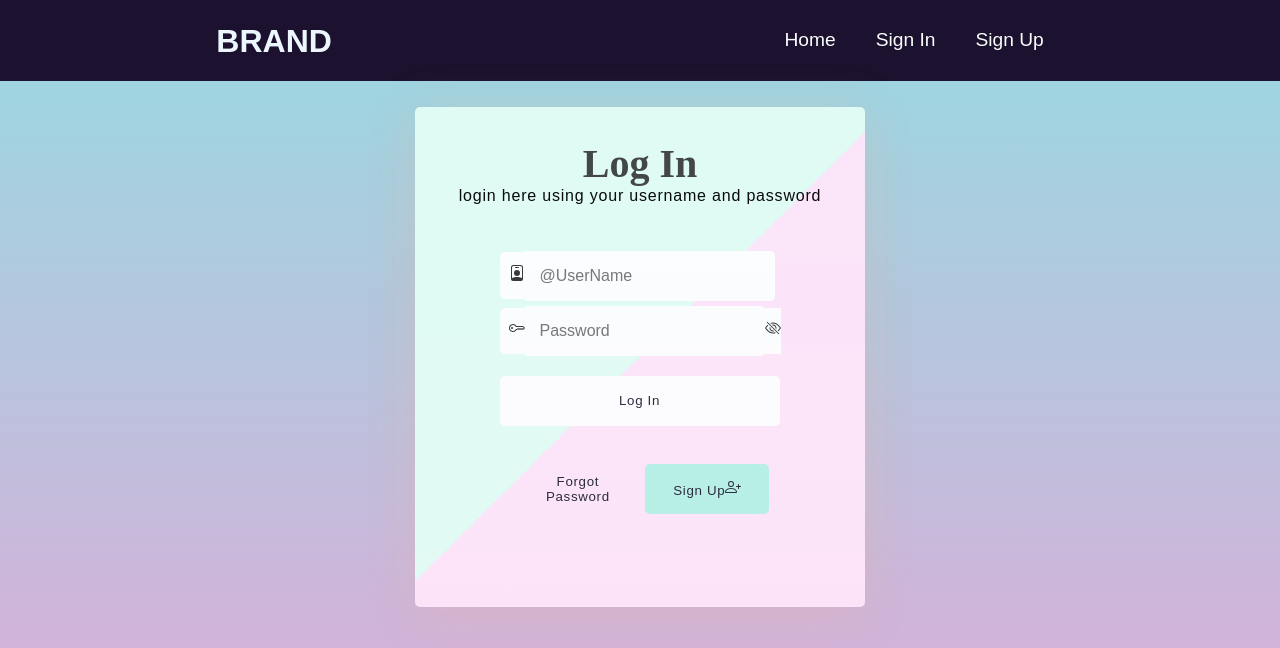
Repository: code-mtaani/ojwang-frontend
Page: /signup
The author's editor kept a copy of each file at every save. The page is drawn from the files as they stood at one save, then again after a run of saves.
The browser window is 1280 px wide. The pictures show the whole page.
The project was rebuilt for these pictures with package versions that can differ from the ones it lists, and the page was loaded fresh each time. Also part of the build but not shown: vite.config.ts, src/Pages/HomePage/Home.pages.tsx, src/Pages/SignIn/SignIn.pages.tsx.

Above is the page before, as saved 2023-02-01 10:49:51.

### src/App.tsx
import { BrowserRouter as Router, Routes, Route } from "react-router-dom";

import Navigation from "./Components/Nav";
import Home from './Pages/HomePage'
import SignIn from "./Pages/SignIn";
import SignUp from "./Pages/SignUp"

function App() {
  return (
    <Router>
      <div className="App">
        <Navigation />
        <Routes>
          <Route path="/" element={<Home />} />
          <Route path="/signin" element={<SignIn/>} />
          <Route path="/signup" element={<SignUp/>} />
        </Routes>
      </div>
    </Router>
  );
}

export default App;

### src/index.css
body {
  margin: 0;
  width: 100vw;
  padding: 0;
  min-width: 320px;
  min-height: 100vh;
  box-sizing: border-box;
}
.app{
  width: 100%;
  height: 100%;
}
@media screen and (min-width: 440px) {
  .app{
    border:2px solid green;
  }
}

### src/Components/Nav/index.js
export {default} from './Navigation.component'

### src/Pages/HomePage/index.ts
export { default } from "./Home.pages";

### src/Pages/SignIn/index.ts
export { default } from './SignIn.pages'

### src/Pages/SignUp/index.ts
export {default} from './SignUp.pages'

### src/Components/Nav/Navigation.component.tsx
import React from "react";
import {Link} from "react-router-dom"
import './nav.css'

const Navigation = () => {
  return (
    <nav className="navbar">
      <div className="left">
        <h1><Link to="/"> BRAND </Link></h1>
      </div>

      <div className="right">
        <input type="checkbox" id="check" />
        <label htmlFor="check" className="checkBtn">
          <svg
            xmlns="http://www.w3.org/2000/svg"
            width="30"
            height="30"
            fill="currentColor"
            className="bi bi-justify"
            viewBox="0 0 16 16"
          >
            <path
              fillRule="evenodd"
              d="M2 12.5a.5.5 0 0 1 .5-.5h11a.5.5 0 0 1 0 1h-11a.5.5 0 0 1-.5-.5zm0-3a.5.5 0 0 1 .5-.5h11a.5.5 0 0 1 0 1h-11a.5.5 0 0 1-.5-.5zm0-3a.5.5 0 0 1 .5-.5h11a.5.5 0 0 1 0 1h-11a.5.5 0 0 1-.5-.5zm0-3a.5.5 0 0 1 .5-.5h11a.5.5 0 0 1 0 1h-11a.5.5 0 0 1-.5-.5z"
            />
          </svg>
        </label>

        <ul className="list">
          <li> <Link to="/">Home</Link></li>
          <li> <Link to="/signin">Sign In</Link></li>
          <li> <Link to="signup">Sign Up</Link></li>
        </ul>
      </div>
    </nav>
  );
};

export default Navigation;

### src/Pages/SignUp/SignUp.pages.tsx
import React from "react";
import './Signup.css'

const SignUp = () => {
  return (
    <div className="overlay">
      <form>
        {/* con = Container  for items in the form */}
        <div className="con">
          {/* <!--     Start  header Content  --> */}
          <header className="head-form">
            <h2>Log In</h2>
            {/* <!--     A welcome message or an explanation of the login form --> */}
            <p>login here using your username and password</p>
          </header>
          {/* End  header Content */}
          <br />
          <div className="field-set">
            {/*user name */}
            <span className="input-item">
              <svg
                xmlns="http://www.w3.org/2000/svg"
                width="16"
                height="16"
                fill="currentColor"
                className="bi bi-person-badge"
                viewBox="0 0 16 16"
              >
                <path d="M6.5 2a.5.5 0 0 0 0 1h3a.5.5 0 0 0 0-1h-3zM11 8a3 3 0 1 1-6 0 3 3 0 0 1 6 0z" />
                <path d="M4.5 0A2.5 2.5 0 0 0 2 2.5V14a2 2 0 0 0 2 2h8a2 2 0 0 0 2-2V2.5A2.5 2.5 0 0 0 11.5 0h-7zM3 2.5A1.5 1.5 0 0 1 4.5 1h7A1.5 1.5 0 0 1 13 2.5v10.795a4.2 4.2 0 0 0-.776-.492C11.392 12.387 10.063 12 8 12s-3.392.387-4.224.803a4.2 4.2 0 0 0-.776.492V2.5z" />
              </svg>
            </span>
            {/* user name Input */}
            <input
              className="form-input"
              id="txt-input"
              type="text"
              placeholder="@UserName"
              required
            />

            <br />

            {/*Password */}

            <span className="input-item">
              <svg
                xmlns="http://www.w3.org/2000/svg"
                width="16"
                height="16"
                fill="currentColor"
                className="bi bi-key"
                viewBox="0 0 16 16"
              >
                <path d="M0 8a4 4 0 0 1 7.465-2H14a.5.5 0 0 1 .354.146l1.5 1.5a.5.5 0 0 1 0 .708l-1.5 1.5a.5.5 0 0 1-.708 0L13 9.207l-.646.647a.5.5 0 0 1-.708 0L11 9.207l-.646.647a.5.5 0 0 1-.708 0L9 9.207l-.646.647A.5.5 0 0 1 8 10h-.535A4 4 0 0 1 0 8zm4-3a3 3 0 1 0 2.712 4.285A.5.5 0 0 1 7.163 9h.63l.853-.854a.5.5 0 0 1 .708 0l.646.647.646-.647a.5.5 0 0 1 .708 0l.646.647.646-.647a.5.5 0 0 1 .708 0l.646.647.793-.793-1-1h-6.63a.5.5 0 0 1-.451-.285A3 3 0 0 0 4 5z" />
                <path d="M4 8a1 1 0 1 1-2 0 1 1 0 0 1 2 0z" />
              </svg>
            {/*Password Input */}
            <input
              className="form-input"
              type="password"
              placeholder="Password"
              id="pwd"
              name="password"
              required
              />

            {/*  Show/hide password */}
            <span>
              <svg
                xmlns="http://www.w3.org/2000/svg"
                width="16"
                height="16"
                fill="currentColor"
                className="bi bi-eye-slash"
                viewBox="0 0 16 16"
                >
                <path d="M13.359 11.238C15.06 9.72 16 8 16 8s-3-5.5-8-5.5a7.028 7.028 0 0 0-2.79.588l.77.771A5.944 5.944 0 0 1 8 3.5c2.12 0 3.879 1.168 5.168 2.457A13.134 13.134 0 0 1 14.828 8c-.058.087-.122.183-.195.288-.335.48-.83 1.12-1.465 1.755-.165.165-.337.328-.517.486l.708.709z" />
                <path d="M11.297 9.176a3.5 3.5 0 0 0-4.474-4.474l.823.823a2.5 2.5 0 0 1 2.829 2.829l.822.822zm-2.943 1.299.822.822a3.5 3.5 0 0 1-4.474-4.474l.823.823a2.5 2.5 0 0 0 2.829 2.829z" />
                <path d="M3.35 5.47c-.18.16-.353.322-.518.487A13.134 13.134 0 0 0 1.172 8l.195.288c.335.48.83 1.12 1.465 1.755C4.121 11.332 5.881 12.5 8 12.5c.716 0 1.39-.133 2.02-.36l.77.772A7.029 7.029 0 0 1 8 13.5C3 13.5 0 8 0 8s.939-1.721 2.641-3.238l.708.709zm10.296 8.884-12-12 .708-.708 12 12-.708.708z" />
              </svg>
                </span>
            </span>

            <br />
            {/*  buttons */}
            {/*button LogIn */}
            <button className="log-in"> Log In </button>
          </div>

          {/* other buttons */}
          <div className="other">
            {/* Forgot Password button */}
            <button className="btn submits frgt-pass">Forgot Password</button>
            {/* Sign Up button */}
            <button className="btn submits sign-up">
              Sign Up
              {/* Sign Up font icon */}
              <svg
                xmlns="http://www.w3.org/2000/svg"
                width="16"
                height="16"
                fill="currentColor"
                className="bi bi-person-plus"
                viewBox="0 0 16 16"
              >
                <path d="M6 8a3 3 0 1 0 0-6 3 3 0 0 0 0 6zm2-3a2 2 0 1 1-4 0 2 2 0 0 1 4 0zm4 8c0 1-1 1-1 1H1s-1 0-1-1 1-4 6-4 6 3 6 4zm-1-.004c-.001-.246-.154-.986-.832-1.664C9.516 10.68 8.289 10 6 10c-2.29 0-3.516.68-4.168 1.332-.678.678-.83 1.418-.832 1.664h10z" />
                <path
                  fillRule="evenodd"
                  d="M13.5 5a.5.5 0 0 1 .5.5V7h1.5a.5.5 0 0 1 0 1H14v1.5a.5.5 0 0 1-1 0V8h-1.5a.5.5 0 0 1 0-1H13V5.5a.5.5 0 0 1 .5-.5z"
                />
              </svg>
            </button>
            {/* End Other the Division */}
          </div>

          {/* End Conrainer */}
        </div>

        {/* End Form */}
      </form>
    </div>
  );
};

export default SignUp;

### src/Components/Nav/nav.css
.navbar{
    background-color: rgb(22,7,36);
    display: flex;
    justify-content: space-around;
    align-items: center;
    line-height: 5rem;
}

.left h1{
    font-size: 2rem;
    cursor: pointer;
}
.left h1 a{
    text-decoration: none;
    color: aliceblue;
}

.checkBtn{
    display: none;
}
#check{
    display: none;
}
.checkBtn{
    cursor: pointer;
    font-size: 30px;
    float: right;
    color: #ed1e79;
    line-height: 88px;
}

.right ul{
    display: flex;
    list-style: none;
}
.right ul li a {
    padding: 10px 20px;
    font-size: 1.2rem;
    color: white;
    cursor: pointer;
    text-decoration: none;
    transition: all 1s;
}

.right ul li a:hover{
    background-color: #fff;
    border-radius: 7px;
    color: rgb(22, 7, 36);
    margin-left: 4px ;
    margin-right: 4px ;
}

/* ================================== Media Queries=================================================== */

@media screen and (max-width:805px){
    .list{
        width: 100%;
        height: 100vh;
        background-color: rgb(22, 7, 36);
        text-align: center;
        display: flex;
        flex-direction: column;
        position: fixed;
        top: 5rem;
        left: 100%;
        transition: all 1s;
    }

    #check{
        display: none;
    }
    .checkBtn{
        display: block;
    }
    #check:checked~ul{
        left: 0%
    }
}
@media screen and (max-width:450px) {
    .navbar{
        width: 100vw;
    }

}

### src/Pages/SignUp/Signup.css

* {
    padding: 0;
    margin: 0;
    box-sizing: border-box;
}
/* End Global rules */

/* Start body rules */
body {
    background-image: linear-gradient(-225deg, #E3FDF5 0%, #FFE6FA 100%);
background-image: linear-gradient(to top, #a8edea 0%, #fed6e3 100%);
background-attachment: fixed;
  background-repeat: no-repeat;

    font-family: 'Vibur', cursive;
/*   the main font */
    font-family: 'Abel', sans-serif;
opacity: .95;
background-image: linear-gradient(to top, #d9afd9 0%, #97d9e1 100%);
}



/* |||||||||||||||||||||||||||||||||||||||||||||*/
/* //////////////////////////////////////////// */




/* End body rules */

/* Start form  attributes */
form {
    width: 450px;
    min-height: 500px;
    height: auto;
    border-radius: 5px;
    margin: 2% auto;
    box-shadow: 0 9px 50px hsla(20, 67%, 75%, 0.31);
    padding: 2%;
    background-image: linear-gradient(-225deg, #E3FDF5 50%, #FFE6FA 50%);
}
/* form Container */
form .con {
    display: -webkit-flex;
    display: flex;

    -webkit-justify-content: space-around;
    justify-content: space-around;

    -webkit-flex-wrap: wrap;
    flex-wrap: wrap;
      margin: 0 auto;
}

/* the header form form */
header {
    margin: 2% auto 10% auto;
    text-align: center;
}
/* Login title form form */
header h2 {
    font-size: 250%;
    font-family: 'Playfair Display', serif;
    color: #3e403f;
}
/*  A welcome message or an explanation of the login form */
header p {letter-spacing: 0.05em;}



/* //////////////////////////////////////////// */
/* //////////////////////////////////////////// */


.input-item {
    background: #fff;
    color: #333;
    padding: 14.5px 0px 15px 9px;
    border-radius: 5px 0px 0px 5px;
}



/* Show/hide password Font Icon */
#eye {
    background: #fff;
    color: #333;

    margin: 5.9px 0 0 0;
    margin-left: -20px;
    padding: 15px 9px 19px 0px;
    border-radius: 0px 5px 5px 0px;

    float: right;
    position: relative;
    right: 1%;
    top: -.2%;
    z-index: 5;

    cursor: pointer;
}
/* inputs form  */
input[class="form-input"]{
    width: 240px;
    height: 50px;

    margin-top: 2%;
    padding: 15px;

    font-size: 16px;
    font-family: 'Abel', sans-serif;
    color: #5E6472;

    outline: none;
    border: none;

    border-radius: 0px 5px 5px 0px;
    transition: 0.2s linear;

}
input[id="txt-input"] {width: 250px;}
/* focus  */
input:focus {
    transform: translateX(-2px);
    border-radius: 5px;
}

/* //////////////////////////////////////////// */
/* //////////////////////////////////////////// */

/* input[type="text"] {min-width: 250px;} */
/* buttons  */
button {
    display: inline-block;
    color: #252537;

    width: 280px;
    height: 50px;

    padding: 0 20px;
    background: #fff;
    border-radius: 5px;

    outline: none;
    border: none;

    cursor: pointer;
    text-align: center;
    transition: all 0.2s linear;

    margin: 7% auto;
    letter-spacing: 0.05em;
}
/* Submits */
.submits {
    width: 48%;
    display: inline-block;
    float: left;
    margin-left: 2%;
}

/*       Forgot Password button FAF3DD  */
.frgt-pass {background: transparent;}

/*     Sign Up button  */
.sign-up {background: #B8F2E6;}


/* buttons hover */
button:hover {
    transform: translatey(3px);
    box-shadow: none;
}

/* buttons hover Animation */
button:hover {
    animation: ani9 0.4s ease-in-out infinite alternate;
}
@keyframes ani9 {
    0% {
        transform: translateY(3px);
    }
    100% {
        transform: translateY(5px);
    }
}

Loaded but not shown: index.html (common file); src/main.tsx (common file)

After the next 3 saves:
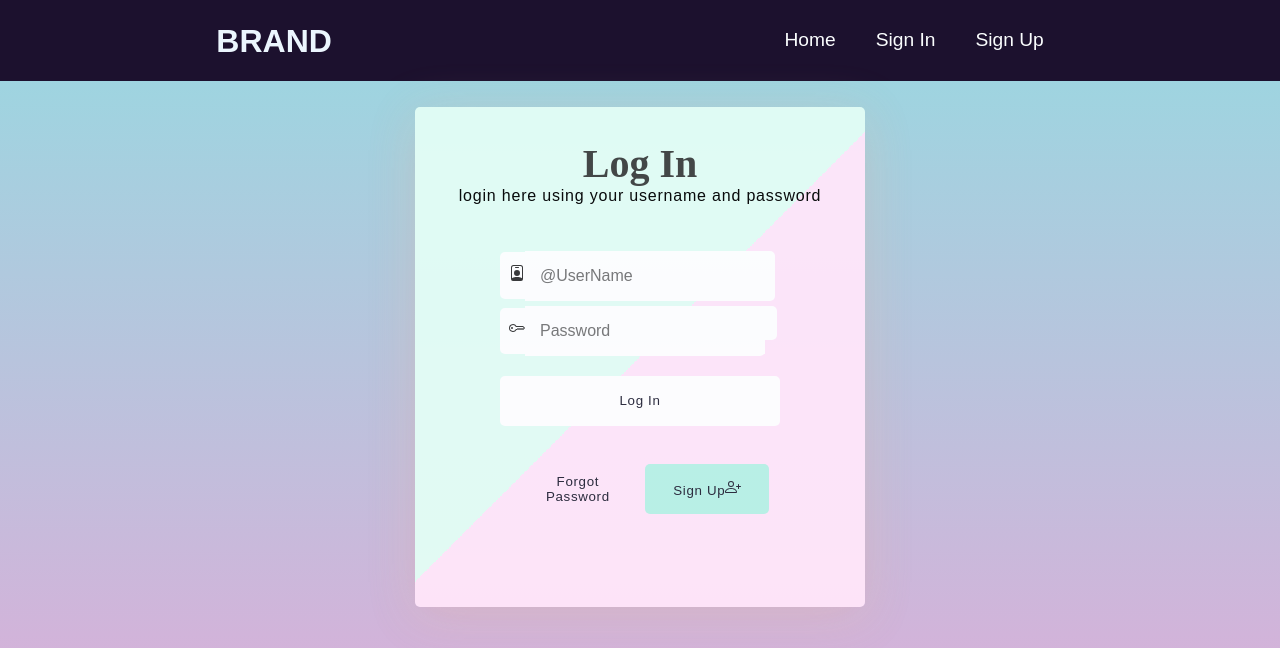
The 3 saves are shown as one change because they came seconds apart.
The last was saved 49 s later.
--- a/src/Pages/SignUp/SignUp.pages.tsx
+++ b/src/Pages/SignUp/SignUp.pages.tsx
@@ -71,7 +71,8 @@
                 xmlns="http://www.w3.org/2000/svg"
                 width="16"
                 height="16"
-                fill="currentColor"
+                  fill="currentColor"
+                  id="eye"
                 className="bi bi-eye-slash"
                 viewBox="0 0 16 16"
                 >

After the 2 saves that followed:
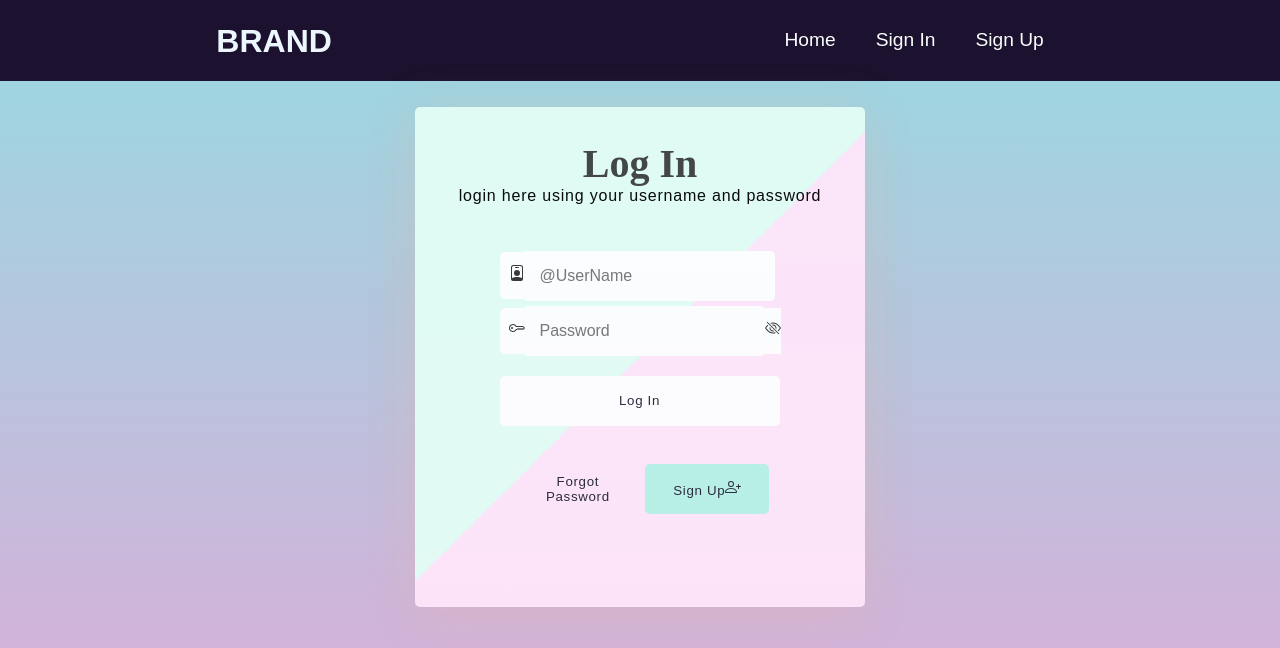
The 2 saves are shown as one change because they came seconds apart.
The last was saved 26 s later.
--- a/src/Pages/SignUp/SignUp.pages.tsx
+++ b/src/Pages/SignUp/SignUp.pages.tsx
@@ -1,5 +1,5 @@
 import React from "react";
-import './Signup.css'
+import "./Signup.css";
 
 const SignUp = () => {
   return (
@@ -55,32 +55,31 @@
                 <path d="M0 8a4 4 0 0 1 7.465-2H14a.5.5 0 0 1 .354.146l1.5 1.5a.5.5 0 0 1 0 .708l-1.5 1.5a.5.5 0 0 1-.708 0L13 9.207l-.646.647a.5.5 0 0 1-.708 0L11 9.207l-.646.647a.5.5 0 0 1-.708 0L9 9.207l-.646.647A.5.5 0 0 1 8 10h-.535A4 4 0 0 1 0 8zm4-3a3 3 0 1 0 2.712 4.285A.5.5 0 0 1 7.163 9h.63l.853-.854a.5.5 0 0 1 .708 0l.646.647.646-.647a.5.5 0 0 1 .708 0l.646.647.646-.647a.5.5 0 0 1 .708 0l.646.647.793-.793-1-1h-6.63a.5.5 0 0 1-.451-.285A3 3 0 0 0 4 5z" />
                 <path d="M4 8a1 1 0 1 1-2 0 1 1 0 0 1 2 0z" />
               </svg>
-            {/*Password Input */}
-            <input
-              className="form-input"
-              type="password"
-              placeholder="Password"
-              id="pwd"
-              name="password"
-              required
+              {/*Password Input */}
+              <input
+                className="form-input"
+                type="password"
+                placeholder="Password"
+                id="pwd"
+                name="password"
+                required
               />
 
-            {/*  Show/hide password */}
-            <span>
-              <svg
-                xmlns="http://www.w3.org/2000/svg"
-                width="16"
-                height="16"
+              {/*  Show/hide password */}
+              <span>
+                <svg
+                  xmlns="http://www.w3.org/2000/svg"
+                  width="16"
+                  height="16"
                   fill="currentColor"
-                  id="eye"
-                className="bi bi-eye-slash"
-                viewBox="0 0 16 16"
+                  className="bi bi-eye-slash"
+                  viewBox="0 0 16 16"
                 >
-                <path d="M13.359 11.238C15.06 9.72 16 8 16 8s-3-5.5-8-5.5a7.028 7.028 0 0 0-2.79.588l.77.771A5.944 5.944 0 0 1 8 3.5c2.12 0 3.879 1.168 5.168 2.457A13.134 13.134 0 0 1 14.828 8c-.058.087-.122.183-.195.288-.335.48-.83 1.12-1.465 1.755-.165.165-.337.328-.517.486l.708.709z" />
-                <path d="M11.297 9.176a3.5 3.5 0 0 0-4.474-4.474l.823.823a2.5 2.5 0 0 1 2.829 2.829l.822.822zm-2.943 1.299.822.822a3.5 3.5 0 0 1-4.474-4.474l.823.823a2.5 2.5 0 0 0 2.829 2.829z" />
-                <path d="M3.35 5.47c-.18.16-.353.322-.518.487A13.134 13.134 0 0 0 1.172 8l.195.288c.335.48.83 1.12 1.465 1.755C4.121 11.332 5.881 12.5 8 12.5c.716 0 1.39-.133 2.02-.36l.77.772A7.029 7.029 0 0 1 8 13.5C3 13.5 0 8 0 8s.939-1.721 2.641-3.238l.708.709zm10.296 8.884-12-12 .708-.708 12 12-.708.708z" />
-              </svg>
-                </span>
+                  <path d="M13.359 11.238C15.06 9.72 16 8 16 8s-3-5.5-8-5.5a7.028 7.028 0 0 0-2.79.588l.77.771A5.944 5.944 0 0 1 8 3.5c2.12 0 3.879 1.168 5.168 2.457A13.134 13.134 0 0 1 14.828 8c-.058.087-.122.183-.195.288-.335.48-.83 1.12-1.465 1.755-.165.165-.337.328-.517.486l.708.709z" />
+                  <path d="M11.297 9.176a3.5 3.5 0 0 0-4.474-4.474l.823.823a2.5 2.5 0 0 1 2.829 2.829l.822.822zm-2.943 1.299.822.822a3.5 3.5 0 0 1-4.474-4.474l.823.823a2.5 2.5 0 0 0 2.829 2.829z" />
+                  <path d="M3.35 5.47c-.18.16-.353.322-.518.487A13.134 13.134 0 0 0 1.172 8l.195.288c.335.48.83 1.12 1.465 1.755C4.121 11.332 5.881 12.5 8 12.5c.716 0 1.39-.133 2.02-.36l.77.772A7.029 7.029 0 0 1 8 13.5C3 13.5 0 8 0 8s.939-1.721 2.641-3.238l.708.709zm10.296 8.884-12-12 .708-.708 12 12-.708.708z" />
+                </svg>
+              </span>
             </span>
 
             <br />
